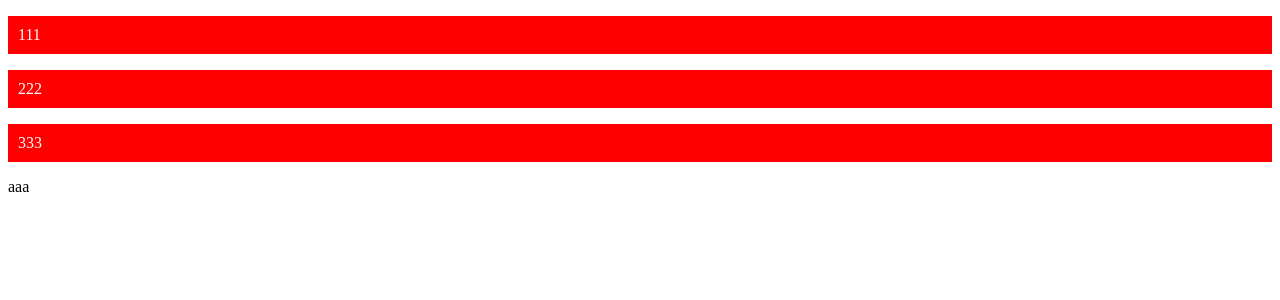
Repository: yeyanghui0616/web-components-test
Page: 02-组件的生命周期.html
The author's editor kept a copy of each file at every save. The page is drawn from the files as they stood at one save, then again after a run of saves.
The browser window is 1280 px wide. The pictures show the whole page.

Above is the page before, as saved 2023-07-17 14:40:02.

After the next 2 saves:
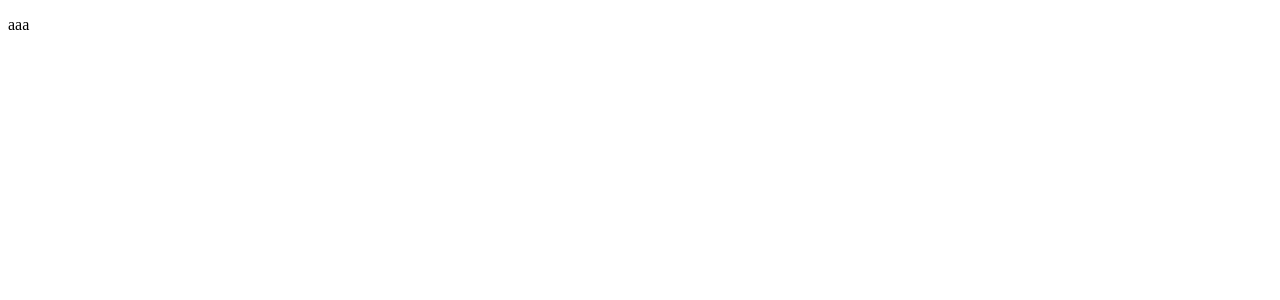
Console error: SyntaxError: Unexpected token '}'
The 2 saves are shown as one change because they came seconds apart.
The last was saved 11 s later.
--- a/02-组件的生命周期.html
+++ b/02-组件的生命周期.html
@@ -50,6 +50,8 @@
             disconnectedCallback(){
                 console.log('disconnectedCallback');
             }
+
+            adopedCallback()
         }
 
         // customElements.define('组件的名字',组件类)

After the save that followed:
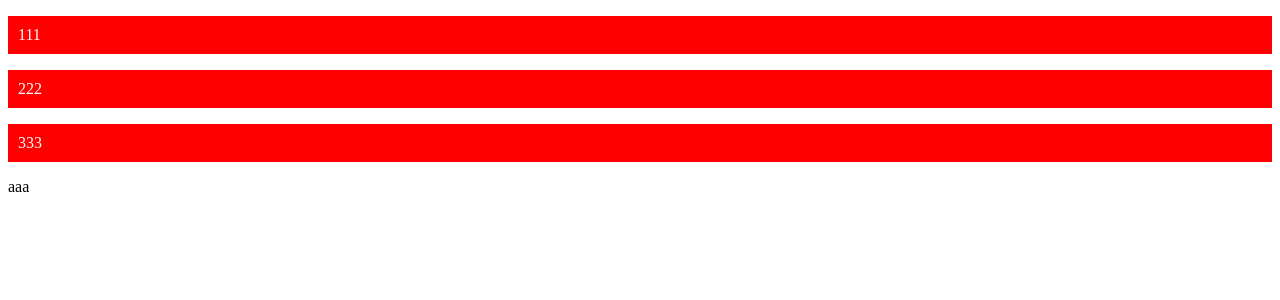
The error is gone.
Saved 4 s later.
--- a/02-组件的生命周期.html
+++ b/02-组件的生命周期.html
@@ -51,7 +51,9 @@
                 console.log('disconnectedCallback');
             }
 
-            adopedCallback()
+            adopedCallback(){
+
+            }
         }
 
         // customElements.define('组件的名字',组件类)
